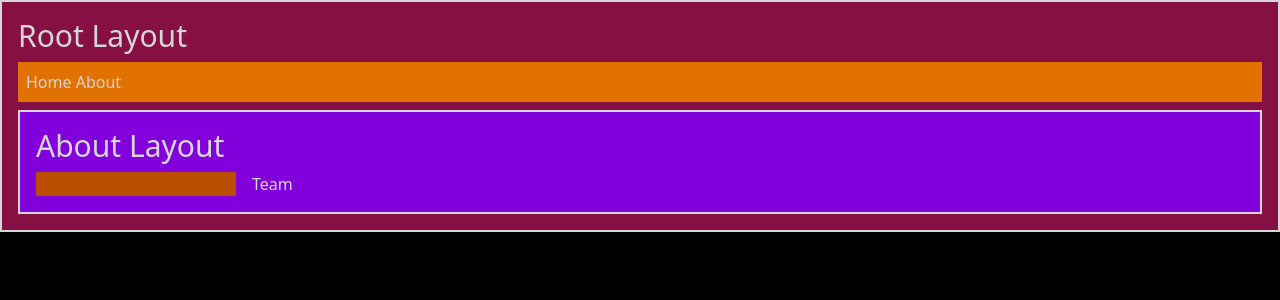
Repository: eyassud/notenow
Page: /about/team
An editor plug-in stored every save of this project. The page is shown before and after a run of saves, followed by the edit.
The browser window is 1280 px wide. The pictures show the whole page.
The project was rebuilt for these pictures with package versions that can differ from the ones it lists, and the page was loaded fresh each time. The framework's server and built-in components were replaced by stand-ins that run in the browser. Also part of the build but not shown: svelte.config.js, vite.config.ts.

Above is the page before, as saved 2025-12-11 16:22:14.

After the next 5 saves:
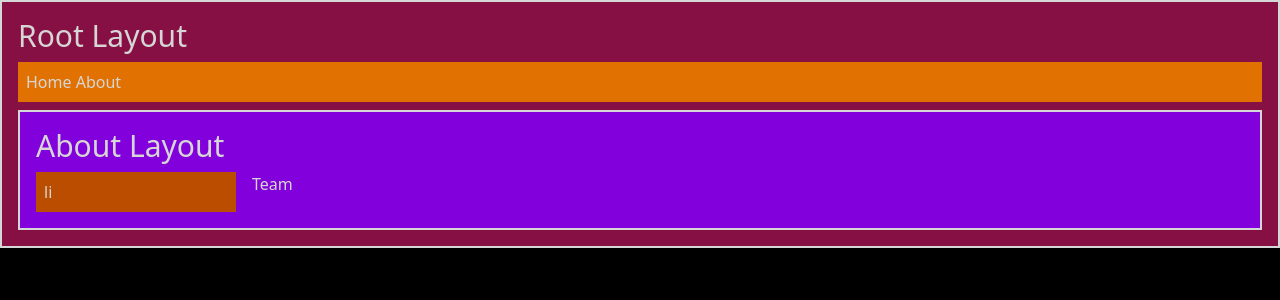
The 5 saves are shown as one change because they came seconds apart.
The last was saved 72 s later.
--- a/src/routes/about/+layout.svelte
+++ b/src/routes/about/+layout.svelte
@@ -7,7 +7,11 @@
 <div class="border-2 bg-purple-700 p-4">
 	<h1 class="mb-2 text-3xl">About Layout</h1>
 	<div class="flex gap-4">
-		<div class="w-[200px] bg-amber-700"></div>
+		<div class="w-[200px] bg-amber-700">
+            <nav class="p-2">
+                li
+            </nav>
+        </div>
 		<div class="flex-1">{@render children()}</div>
 	</div>
 </div>
